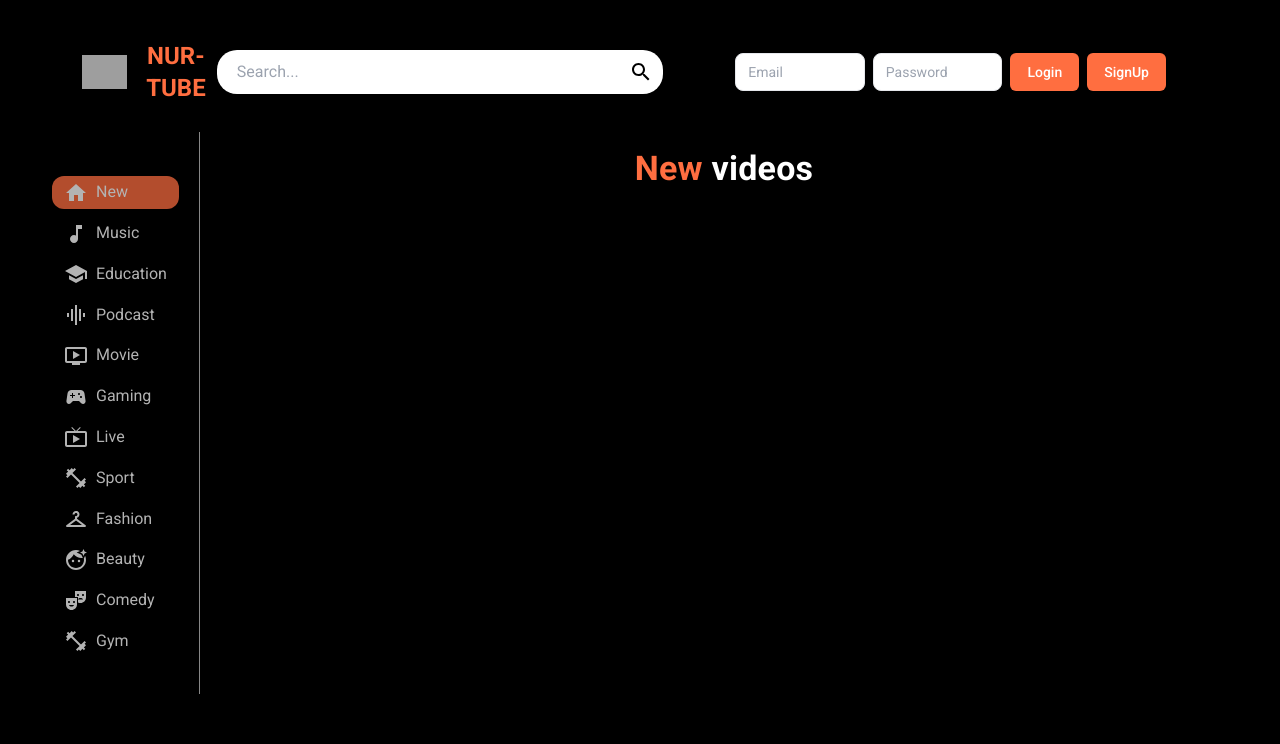
Repository: Nurlan-Bakenbaev/YoutubeClone
Page: /
These files come from the project's save history. The page is drawn as it stood at one moment and after a run of saves; the edit follows.
The browser window is 1280 px wide. The pictures show the whole page.
Pictures or frames that could not be fetched are drawn as grey boxes. The page's requests for data from a server got no answer. The project was rebuilt for these pictures with package versions that can differ from the ones it lists, and the page was loaded fresh each time. No one was signed in, and anything a server would have sent is missing. Also part of the build but not shown: vite.config.js, src/components/VideoCard.jsx, src/components/ChannelCard.jsx, src/components/Loader.jsx, src/components/VideoDetails.jsx, src/components/SearchFeed.jsx, src/components/ChannelDetails.jsx.

Above is the page before, as saved 2023-09-09 19:01:10.

After the next 2 saves:
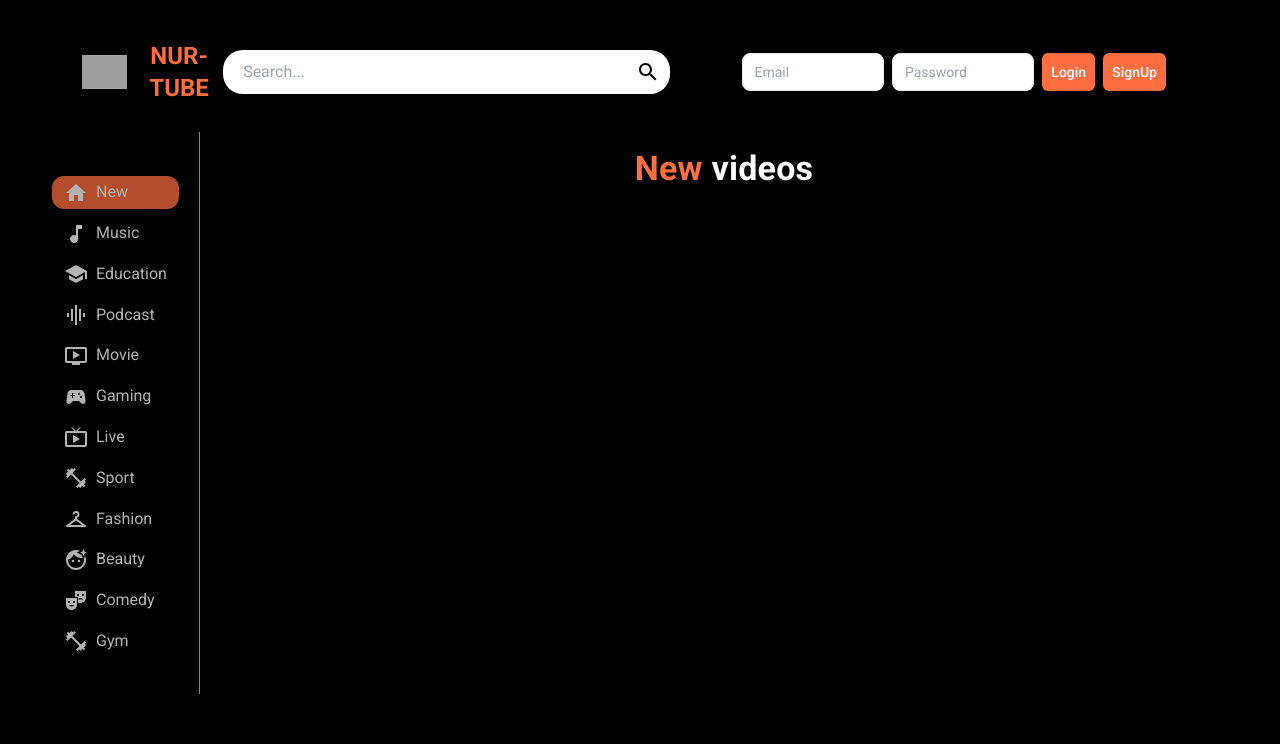
The 2 saves are shown as one change because they came seconds apart.
The last was saved 111 s later.
--- a/src/components/SignIn.jsx
+++ b/src/components/SignIn.jsx
@@ -78,13 +78,13 @@ const SignIn = () => {
               <div className="flex items-center gap-2">
                 <button
                   onClick={handleSignIn}
-                  className="group relative w-full flex justify-center py-2 px-4 border border-transparent text-sm font-medium rounded-md text-white bg-[#ff6e40] focus:outline-none focus:ring-2 focus:ring-offset-2 focus:ring-indigo-500"
+                  className="group relative w-full flex justify-center py-2 px-2 border border-transparent text-sm font-medium rounded-md text-white bg-[#ff6e40] focus:outline-none focus:ring-2 focus:ring-offset-2 focus:ring-indigo-500"
                 >
                   <span>Login</span>
                 </button>
                 <button
                   onClick={handleSignUp}
-                  className="group relative w-full flex justify-center py-2 px-4 border border-transparent text-sm font-medium rounded-md text-white bg-[#ff6e40] focus:outline-none focus:ring-2 focus:ring-offset-2 focus:ring-indigo-500"
+                  className="group relative w-full flex justify-center py-2 px-2 border border-transparent text-sm font-medium rounded-md text-white bg-[#ff6e40] focus:outline-none focus:ring-2 focus:ring-offset-2 focus:ring-indigo-500"
                 >
                   <span>SignUp</span>
                 </button>
